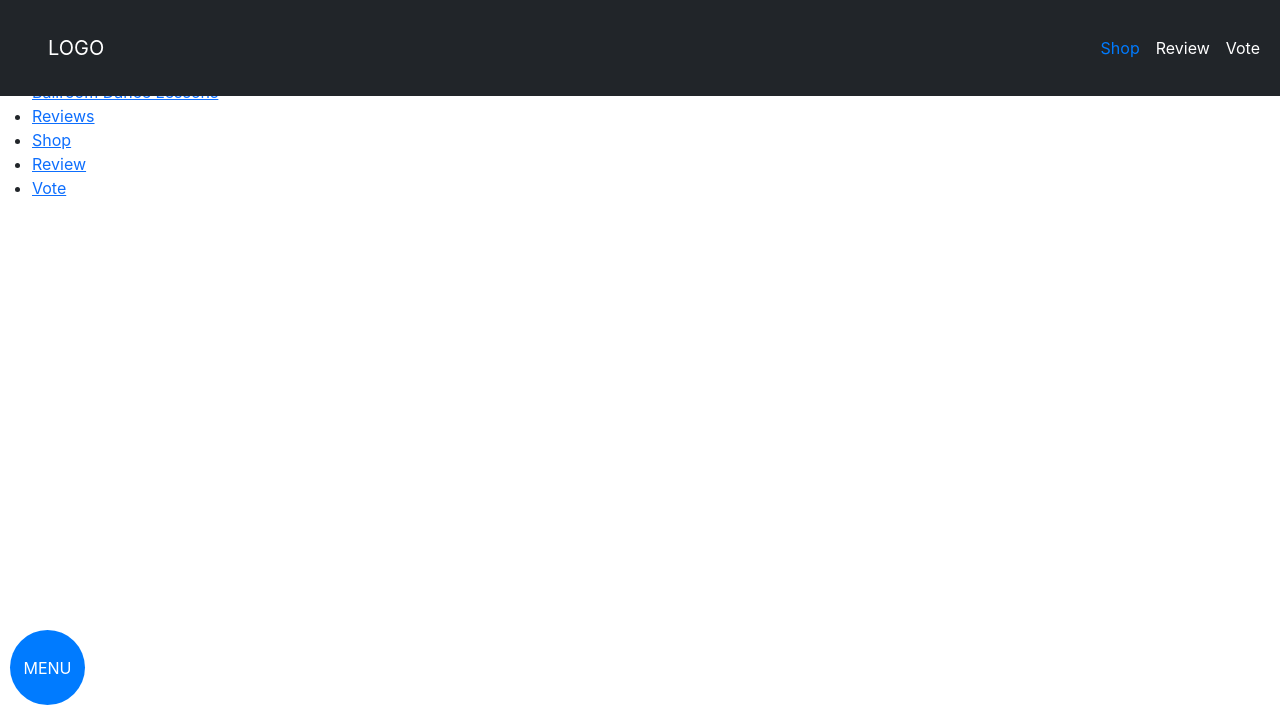
Repository: DragonFruit8/basic-website
Page: /shop
The author's editor kept a copy of each file at every save. The page is drawn from the files as they stood at one save, then again after a run of saves.
The browser window is 1280 px wide. The pictures show the whole page.
The project was rebuilt for these pictures with package versions that can differ from the ones it lists, and the page was loaded fresh each time. Also part of the build but not shown: src/sections/MissionSec.js, src/sections/AboutSec.js, src/sections/ServiceSec.js, src/Img/LunaLogo.js, src/sections/SupportSec.js, src/sections/HeroSec.js, src/pages/HomePage.js.

Above is the page before, as saved 2024-06-23 08:52:44.

### public/index.html
<!DOCTYPE html>
<html lang="en">
  <head>
    <meta charset="utf-8" />
    <link rel="icon" href="%PUBLIC_URL%/favicon.ico" />
    <meta name="viewport" content="width=device-width, initial-scale=1" />
    <meta name="theme-color" content="#000000" />
    <meta
      name="description"
      content="Web site created using create-react-app"
    />
    <link rel="apple-touch-icon" href="%PUBLIC_URL%/logo192.png" />
    <!--
      manifest.json provides metadata used when your web app is installed on a
      user's mobile device or desktop. See https://developers.google.com/web/fundamentals/web-app-manifest/
    -->
    <link rel="manifest" href="%PUBLIC_URL%/manifest.json" />
    <link href="https://cdn.jsdelivr.net/npm/bootstrap@5.3.3/dist/css/bootstrap.min.css" rel="stylesheet" integrity="sha384-QWTKZyjpPEjISv5WaRU9OFeRpok6YctnYmDr5pNlyT2bRjXh0JMhjY6hW+ALEwIH" crossorigin="anonymous">
    <!--
      Notice the use of %PUBLIC_URL% in the tags above.
      It will be replaced with the URL of the `public` folder during the build.
      Only files inside the `public` folder can be referenced from the HTML.

      Unlike "/favicon.ico" or "favicon.ico", "%PUBLIC_URL%/favicon.ico" will
      work correctly both with client-side routing and a non-root public URL.
      Learn how to configure a non-root public URL by running `npm run build`.
    -->
    <title>React App</title>
  </head>
  <body>
    <noscript>You need to enable JavaScript to run this app.</noscript>
    <div id="root"></div>
    <!--
      This HTML file is a template.
      If you open it directly in the browser, you will see an empty page.

      You can add webfonts, meta tags, or analytics to this file.
      The build step will place the bundled scripts into the <body> tag.

      To begin the development, run `npm start` or `yarn start`.
      To create a production bundle, use `npm run build` or `yarn build`.
    -->
    <script src="https://cdn.jsdelivr.net/npm/@popperjs/core@2.11.8/dist/umd/popper.min.js" integrity="sha384-I7E8VVD/ismYTF4hNIPjVp/Zjvgyol6VFvRkX/vR+Vc4jQkC+hVqc2pM8ODewa9r" crossorigin="anonymous"></script>
<script src="https://cdn.jsdelivr.net/npm/bootstrap@5.3.3/dist/js/bootstrap.min.js" integrity="sha384-0pUGZvbkm6XF6gxjEnlmuGrJXVbNuzT9qBBavbLwCsOGabYfZo0T0to5eqruptLy" crossorigin="anonymous"></script>
  </body>
</html>

### src/App.js
import React from 'react';
import { BrowserRouter as Router, Routes, Route } from 'react-router-dom';
import './App.css';
import Navbar from './components/Navbar';
import Sidebar from './components/Sidebar';
import HomePage from './pages/HomePage';
import ShopPage from './pages/ShopPage';

function App() {

  return (
    <>
      <Router>
        <Navbar />
        <Sidebar />
        <Routes>
          <Route path="/" element={<HomePage />} />
          <Route path="/shop" element={<ShopPage />} />
        </Routes>
   </Router>
    </>
  );
}

export default App;

### src/App.css
.App {
  text-align: center;
  z-index: -10;
}

.App-logo {
  height: 40vmin;
  pointer-events: none;
  z-index: 0;
}

@media (prefers-reduced-motion: no-preference) {
  .App-logo {
    animation: App-logo-spin infinite 20s linear;
  }
}

.App-header {
  background-color: #282c34;
  min-height: 100vh;
  display: flex;
  flex-direction: column;
  align-items: center;
  justify-content: center;
  font-size: calc(10px + 2vmin);
  color: white;
}

.App-link {
  color: #61dafb;
}
#sidebar {
  display: flex;
  flex-direction: column;
  background-color: transparent !important;
  height: 100%;
  width: 100px;
  position: fixed;
  top: 55px;
  left: 0;
  z-index: 1;
  overflow-x: hidden;
  padding-top: 20px;
  z-index: 10;
  /* rounded corners*/
  border-radius: 100px;

}

#offcanvasNavbar{
  position: fixed;
  margin-top: 55px;
}

#sidebarButton {
  position: absolute;
  bottom: 100px;
  left: 0px;
  width: 75px;
  height: 75px;
  border: none;
  color: white;
  padding: 10px 10px;
  text-align: center;
  text-decoration: none;
  display: inline-block;
  font-size: 16px;
  margin: auto auto -30px 10px;
  cursor: pointer;
  z-index: 100;
  border-radius: 100%;
  background-color: #007bff;
}

#closeButton, .btn-close {
  color: white !important;
  margin-left: 15px;
}
#aboutSec {
  height: 75vh;
}
.offcanvas-body {
 padding: 0 100px 0 100px;
}
#luna {
  position: relative;
  background-size: cover;
  background-repeat: no-repeat;
  background-position: center;
  height: auto;
  width: 250px;
  margin: 0 auto;
}

/* HomePage Hero */
.hero {
  height: 100vh;
  width: 100%;
  display: flex;
  align-items: center;
  color: white !important;
  text-align: center;
  font-size: 2rem;
  font-weight: 700;
  background: url('https://unsplash.com/photos/photo-of-outer-space-Q1p7bh3SHj8');
  background-size: cover;
  background-repeat: no-repeat;
  background-position: center;
  background-color: rgba(0, 0, 0, 0.8);

}
.hero-content
.dropdown-item {
  width: 100%;
  margin: 0 auto;
  color: white;
  background-color: #007bff;
}
.dropdown-item:hover {
  background-color: #0056b3;
  color: white;
}


a.nav-link, a.nav-item {
  color: white !important;
}
a.nav-link, a.nav-item {
 padding: 20px 0 20px 0;
}

a.nav-link:hover, a.nav-item:hover {
  color: #ffd000 !important;
}
a.active {
  color: #007bff !important;
}

@keyframes App-logo-spin {
  from {
    transform: rotate(0deg);
  }
  to {
    transform: rotate(360deg);
  }
}

### src/components/Navbar.js
import React from 'react';
import data from '../../src/data';
// import axio from '../Instance';
// import Button from 'react-bootstrap/Button';
// import Modal from 'react-bootstrap/Modal';


const Navbar = () => {

    // const [email, setEmail] = useState('');
    // const [comment, setComment] = useState('');
    // const [show, setShow] = useState(false);

    // const handleClose = () => setShow(false);
    // const handleShow = () => setShow(true);

    // const clearForm = () => {
    //     setEmail('');
    //     setComment('');
    // };



    // const handleSubmit = (event) => {
    //     event.preventDefault();

    //     axio.post('/comments', {
    //         email,
    //         comment
    //     })
    //         .then(() => {
    //             console.log('Review submitted');
    //         })
    //         .catch((error) => {
    //             console.log(error);
    //         });
    //     clearForm();
    // };

    const path = window.location.pathname;
    return (
        <>
            {/* navbar navbar-expand-lg bg-body-tertiary navbar-dark bg-dark */}
            <nav className="navbar navbar-dark navbar-expand-lg bg-dark fixed-top">
                <div className="container-fluid ps-5">
                    <a className="navbar-brand" href="/">LOGO</a>
                    <button className="navbar-toggler" type="button" data-bs-toggle="collapse" data-bs-target="#navbarNav" aria-controls="navbarNav" aria-expanded="false" aria-label="Toggle navigation">
                        <span className="navbar-toggler-icon"></span>
                    </button>
                    <div className="collapse navbar-collapse" id="navbarNav">
                        <ul className="navbar-nav my-2 ms-auto me-0">
                            <li className="nav-item">
                                <a className={`nav-link ${path === `/${data.link1.b}` ? 'active' : ''}`} aria-current="page" href={`/${data.link1.b}`}>{data.link1.a}</a>
                            </li>
                            <li className="nav-item">
                                <a className={`nav-link ${path === `/${data.link2.b}` ? 'active' : ''}`} aria-current="page" href={`/${data.link2.b}`}>{data.link2.a}</a>
                            </li>
                            <li className="nav-item">
                                <a className={`nav-link ${path === `/${data.link3.b}` ? 'active' : ''}`} aria-current="page" href={`/${data.link3.b}`}>{data.link3.a}</a>
                            </li>
                        </ul>
                        {/* <span id='reviewModal' className="d-flex">
                                <Button variant="primary" onClick={handleShow}>Write a Review</Button>
                            </span> */}
                    </div>
                </div>
            </nav>
            {/* <Modal show={show} onHide={handleClose}>
                <Modal.Header closeButton>
                    <Modal.Title>Modal heading</Modal.Title>
                </Modal.Header>
                <Modal.Body>
                    <div
                        className="modal show"
                        style={{ display: 'block', position: 'initial' }}
                    >
                        <form // onSubmit={handleSubmit}
                        >
                            <div className="form-group">
                                <label htmlFor="email"
                                    className='form-label fs-5'
                                >Email</label>
                                <input
                                    type="email"
                                    id="email"
                                    value={email}
                                    onChange={(event) => setEmail(event.target.value)}
                                    required
                                    className='form-control'
                                />
                            </div>
                            <div className="form-group">
                                <label htmlFor="comment"
                                    className='form-label fs-5'
                                >Comment</label>
                                <textarea
                                    id="comment"
                                    value={comment}
                                    onChange={(event) => setComment(event.target.value)}
                                    required
                                    className='form-control'
                                />
                            </div>
                            <Button type="submit">Submit</Button>
                        </form>
                    </div>
                </Modal.Body>
                <Modal.Footer>
                    <Button variant="secondary" onClick={handleClose}>
                        Close
                    </Button>
                </Modal.Footer>
            </Modal> */}
        </>
    );
}

export default Navbar;

### src/components/Sidebar.js
import React from 'react'

export const canvasButton = () => {
    return (
        <button id='sidebarButton' className="btn btn-primary" type="button" data-bs-toggle="offcanvas" data-bs-target="#offcanvasNavbar" aria-controls="offcanvasNavbar">
        MENU
        </button>
    )
    }
export default function Sidebar() {

    return (
        <div>
            <sidebar id="sidebar" className="navbar bg-body-tertiary fixed-top">
                <div className="container-fluid">
                    <div className="offcanvas offcanvas-start bg-dark" tabindex="-1" id="offcanvasNavbar" aria-labelledby="offcanvasNavbarLabel">

                        <div className="offcanvas-body">
                            <ul className="navbar-nav justify-content-end flex-grow-1 pe-3">
                                <li className="nav-item">
                                    <a className="nav-link active" aria-current="page" href="/">Home</a>
                                </li>
                                <li className="nav-item">
                                    <a className="nav-link" href="/">Link</a>
                                </li>
                                <li className="nav-item dropdown">
                                    <a className="nav-link dropdown-toggle" href="/" role="button" data-bs-toggle="dropdown" aria-expanded="false">
                                        Dropdown
                                    </a>
                                    <ul className="dropdown-menu">
                                        <li><a className="dropdown-item" href="/">Action</a></li>
                                        <li><a className="dropdown-item" href="/">Another action</a></li>
                                        <li>
                                            <hr className="dropdown-divider" />
                                        </li>
                                        <li><a className="dropdown-item" href="/">Something else here</a></li>
                                    </ul>
                                </li>
                            </ul>
                            {/* <form className="d-flex mt-3" role="search">
                                <input className="form-control me-2" type="search" placeholder="Search" aria-label="Search" />
                                <button className="btn btn-outline-success" type="submit">Search</button>
                            </form> */}
                        </div>
                    <div className="offcanvas-footer d-flex justify-content-start mb-5 ms-3">
                        {/* <h5 className="offcanvas-title" id="offcanvasNavbarLabel"></h5> */}
                        <button id='close' type="button" className="btn-close" data-bs-dismiss="offcanvas" aria-label="Close"></button>
                    </div>
                    </div>
                </div>
                {
                    canvasButton()
                }
            </sidebar>


        </div>
    )
}

### src/pages/ShopPage.js
import React from 'react';
import data from '../../src/data';

const ShopPage = () => {
    return (
        <div>
            <h1>Shop Page</h1>
            <ul>
                {
                    Object.keys(data).map((key, index) => {
                        return (
                            <li key={index}>
                                <a href={`/${data[key].b}`}>{data[key].a}</a>
                            </li>
                        );
                    })
                }
            </ul>
        </div>
    );
};

export default ShopPage;

### src/data.js
const data = {
    thcProductsLink: { a: 'THC Products', b: 'thc-products' },
    ballroomDanceLessonsLink: { a: 'Ballroom Dance Lessons', b: 'ballroom-dance-lessons' },
    reviewsLink: { a: 'Reviews', b: 'reviews' },
    link1: { a: 'Shop', b: 'shop' },
    link2: { a: 'Review', b: 'review' },
    link3: { a: 'Vote', b: 'vote' }
};

export default data;

Loaded but not shown: src/index.js (common file); src/index.css (common file); src/reportWebVitals.js (common file)

After the next 9 saves:
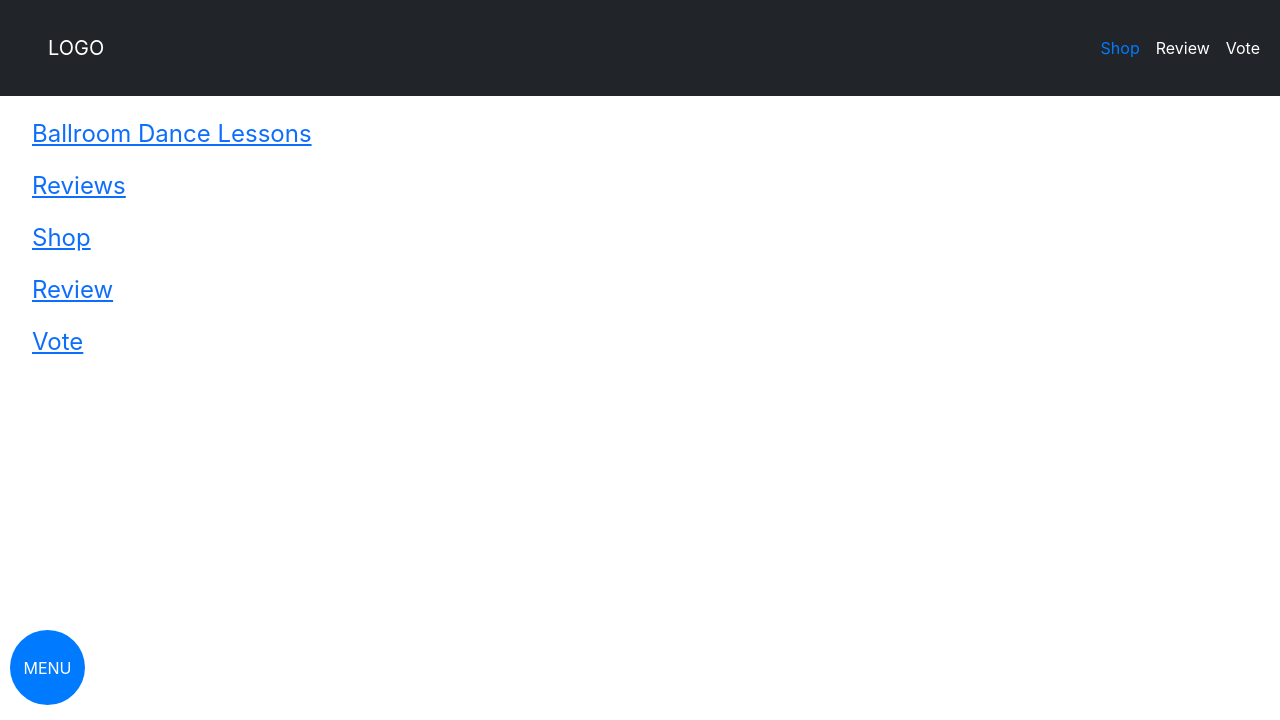
The 9 saves are shown as one change because 1 did not build or start and some came seconds apart.
The last was saved 44 s later.
--- a/src/pages/ShopPage.js
+++ b/src/pages/ShopPage.js
@@ -9,7 +9,7 @@
                 {
                     Object.keys(data).map((key, index) => {
                         return (
-                            <li key={index}>
+                            <li key={index} className='list-unstyled mt-3 mb-3' style={{ fontSize: '1.5rem' }}>
                                 <a href={`/${data[key].b}`}>{data[key].a}</a>
                             </li>
                         );
